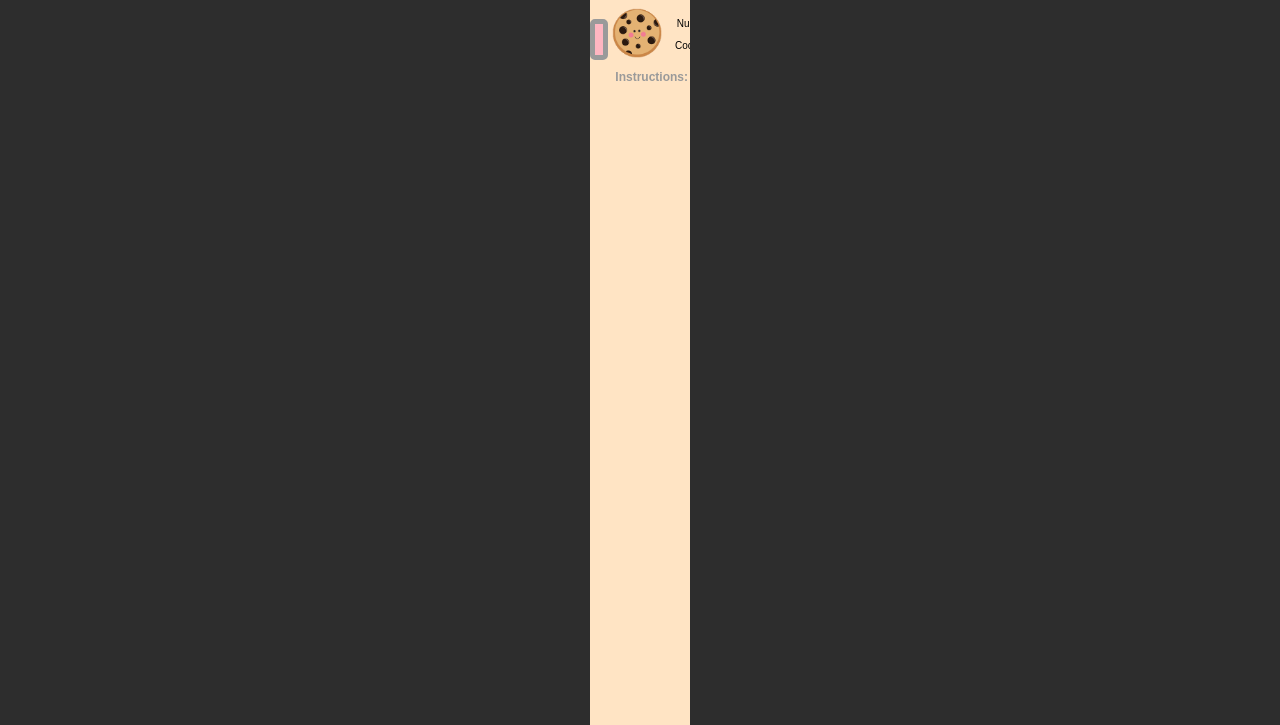
Repository: f00d4tehg0dz/elgato-streamdeck-cookie-clicker
Page: com.f00d4tehg0dz.cookieclicker.sdPlugin/cookieclicker.html
An editor plug-in stored every save of this project. The page is shown before and after the next save, followed by the edit.
The browser window is 1280 px wide. The pictures show the whole page.

Above is the page before, as saved 2022-01-28 12:02:55.

### com.f00d4tehg0dz.cookieclicker.sdPlugin/cookieclicker.html
<!DOCTYPE html>
<html>

<head>
    <meta charset="utf-8"/>
    <title>com.f00d4tehg0dz.cookieclicker</title>
    <link rel="stylesheet" href="css/sdpi.css">
    <link rel="stylesheet" href="css/styles.css">
    <script src="js/jquery-3.3.1.js"></script>
    <script src="js/common.js"></script>

</head>

<body>
<div class="sdpi-wrapper">
    <div class="sdpi-item">
        <div id="cookieTitle"></div>
        <div id="cookie" onclick="cookieClick()">
            <img src="icon-animate.gif" width="50px"/>
        </div>
        <br>
        <p>Number of Cookies:</p>
        <div id="cookieNumbers"></div>
        <button class="sdpi-item-value" id="updateButton">Click</button>
    </div>
    <div class="sdpi-item">
        <div class="sdpi-item-label">Instructions</div>
        <details class="sdpi-item-value">
            <p>Click the cookie to make more cookies<br>
            Cookie Title upgrades as you reach cookie clicker milestones <br></p>
            <p>You can learn more about this plugin by visiting its Github
                page by <a
                        href="#"
                        onclick="openGithub()">clicking here.</a>
        </details>
    </div>
</div>

<script>
    let uuid = "",
        actionName = "";

    if ($SD) {
        $SD.on('connected', function (jsonObj) {
            uuid = jsonObj['uuid'];
            if (jsonObj.hasOwnProperty('actionInfo')) {
                actionName = jsonObj.actionInfo.action;
            }
            let settings = $SD.actionInfo.payload.settings;
        });
    }

    $(document).ready(function () {

        $("#updateButton").click(function () {
            // Sending the saved settings to the plugin from property inspector.

            if ($SD && $SD.connection) {
                let payload = {};
                payload.updateClick = updateClick;

                $SD.api.sendToPlugin(uuid, actionName, payload);
            }
        });
        function openGithub() {
            $SD.api.openUrl($SD.actionInfo.context, "https://github.com/f00d4tehg0dz/Doge-Coin-Plugin-for-Eglato-Streamdeck")
    }
    });

</script>

</body>

</html>

### com.f00d4tehg0dz.cookieclicker.sdPlugin/css/styles.css
body {
  padding-top: 5px;
  font-family: Arial;
  background-color: bisque;
  margin: auto;
  text-align: center;
  width:100px;
}

p {
  font-size: 10px;
  color: black;
  display: block;
  margin: 5px;
}

#cookieNumbers {
  margin: auto;
  text-align:center;
  padding-top: 20px;
  margin-bottom: 5px;
  font-size: 10px;
  border:5px solid;
  border-radius:5px;
  background-color:white;
  height:25px;
}

#cookieTitle {
  margin: auto;
  text-align:center;
  padding-top: 5px;
  margin-bottom: 5px;
  font-size: 10px;
  border:5px solid;
  border-radius:5px;
  background-color:lightpink;
  height:25px;
}

Loaded but not shown: com.f00d4tehg0dz.cookieclicker.sdPlugin/js/jquery-3.3.1.js (library); com.f00d4tehg0dz.cookieclicker.sdPlugin/js/common.js (1200 lines, source omitted); com.f00d4tehg0dz.cookieclicker.sdPlugin/css/sdpi.css (1482 lines, source omitted)

After the next save:
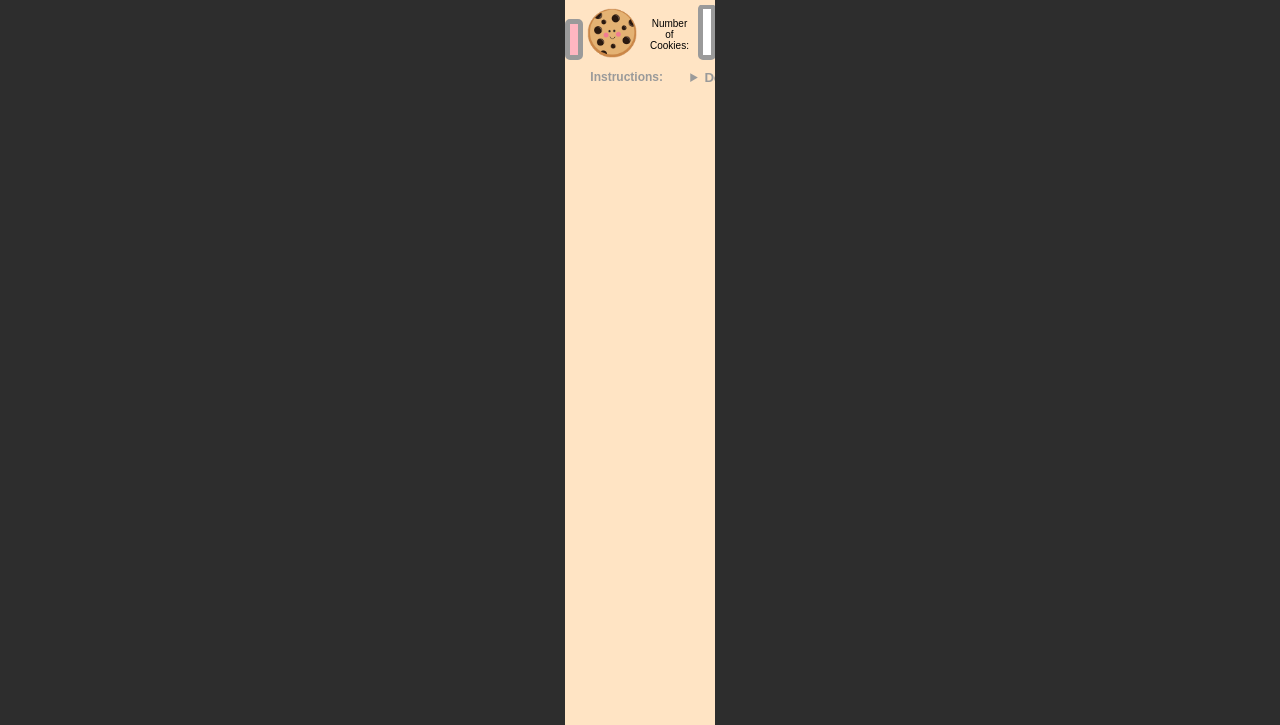
Saved 12 s later.
--- a/com.f00d4tehg0dz.cookieclicker.sdPlugin/css/styles.css
+++ b/com.f00d4tehg0dz.cookieclicker.sdPlugin/css/styles.css
@@ -4,7 +4,7 @@ body {
   background-color: bisque;
   margin: auto;
   text-align: center;
-  width:100px;
+  width:150px;
 }
 
 p {
